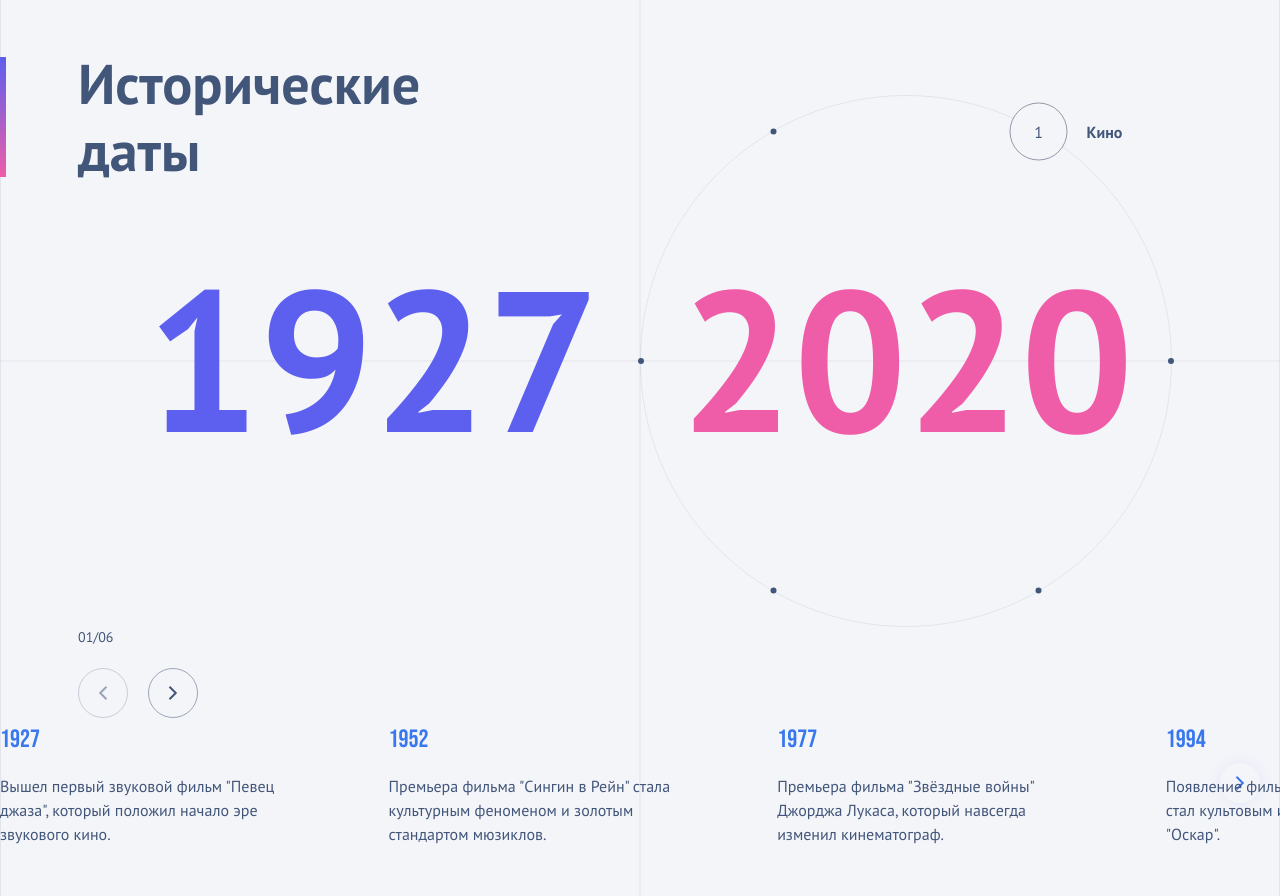
Repository: LenarTulupov/only
Page: /
The author's editor kept a copy of each file at every save. The page is drawn from the files as they stood at one save, then again after a run of saves.
The browser window is 1280 px wide. The pictures show the whole page.
The project was rebuilt for these pictures with package versions that can differ from the ones it lists, and the page was loaded fresh each time.

Above is the page before, as saved 2024-12-18 13:27:56.

After the next 2 saves:
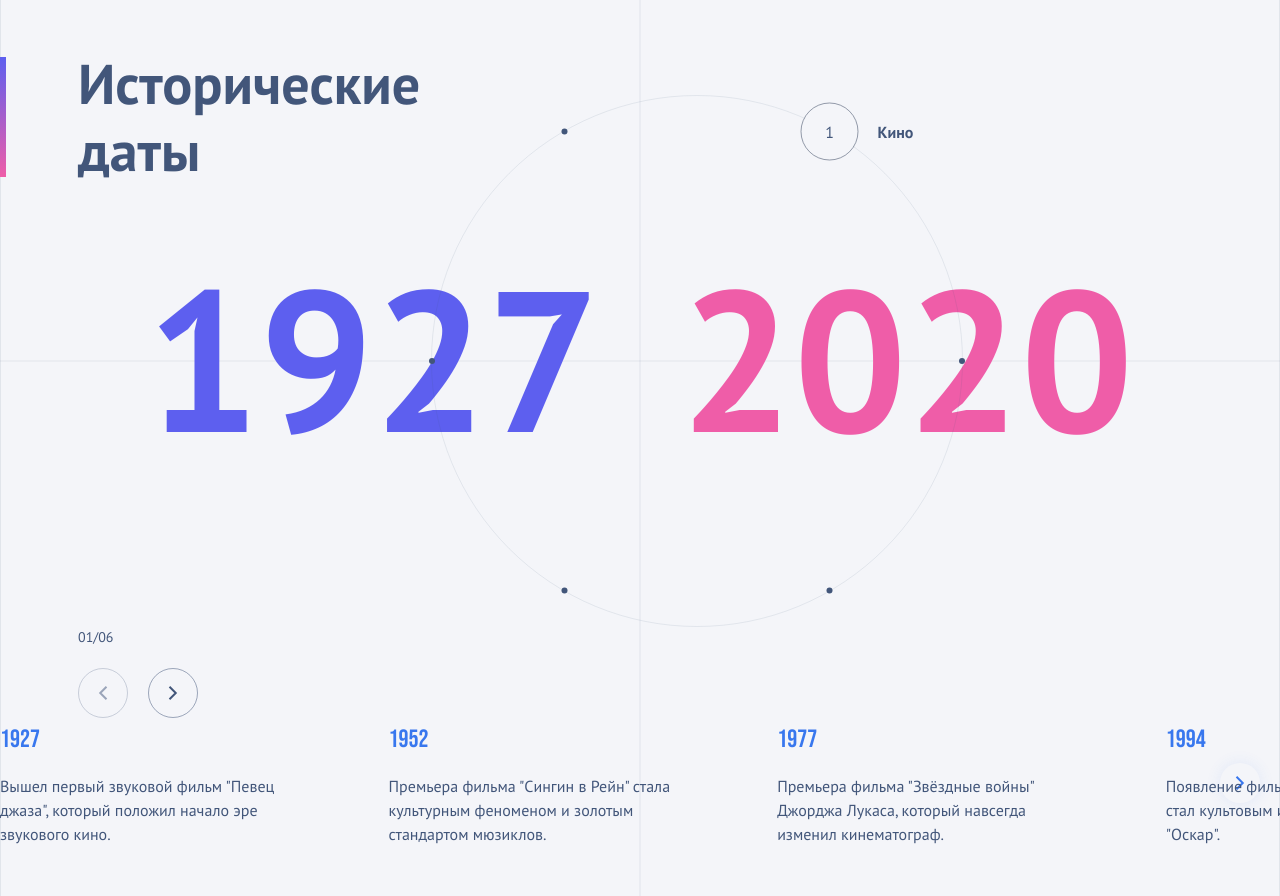
The 2 saves are shown as one change because they came seconds apart.
The last was saved 11 s later.
--- a/src/pages/home/history/history.module.scss
+++ b/src/pages/home/history/history.module.scss
@@ -19,7 +19,7 @@
       // display: flex;
 
       display: grid;
-      grid-template-columns: repeat(2, 1fr);
+      grid-template-columns: auto 1fr auto;
       // flex-direction: column;
       // justify-content: space-between;
     }
